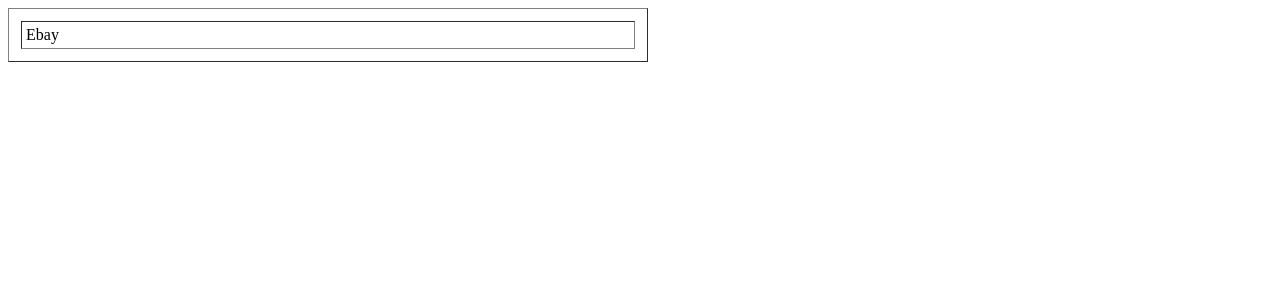
Repository: AnkurDevv/feed-dev-test
Page: index.html
The author's editor kept a copy of each file at every save. The page is drawn from the files as they stood at one save, then again after the next save.
The browser window is 1280 px wide. The pictures show the whole page.

Above is the page before, as saved 2020-03-27 19:27:33.

### index.html
<!DOCTYPE html>
<!--[if lt IE 7]>      <html class="no-js lt-ie9 lt-ie8 lt-ie7"> <![endif]-->
<!--[if IE 7]>         <html class="no-js lt-ie9 lt-ie8"> <![endif]-->
<!--[if IE 8]>         <html class="no-js lt-ie9"> <![endif]-->
<!--[if gt IE 8]><!-->
<html class="no-js">
<!--<![endif]-->

<head>
  <meta charset="utf-8">
  <meta http-equiv="X-UA-Compatible" content="IE=edge">
  <title></title>
  <meta name="description" content="">
  <meta name="viewport" content="width=device-width, initial-scale=1">
  <link rel="stylesheet" href="./style/index.css">
</head>

<body>
  <table border="0" cellpadding="0" cellspacing="0" height="100%" width="100%" id="bodyTable">
    <tr>
      <td>
        <table cellpadding="4" cellspacing="12" width="640" align="left" border="1" id="EmailHeader">
          <tr>
            <td valign="middle" id="tableHeading">Ebay</td>
          </tr>
        </table>
      </td>
    </tr>
  </table>

  <script src="" async defer></script>
</body>

</html>

### style/index.css
#tableHeading{

}

After the next save:
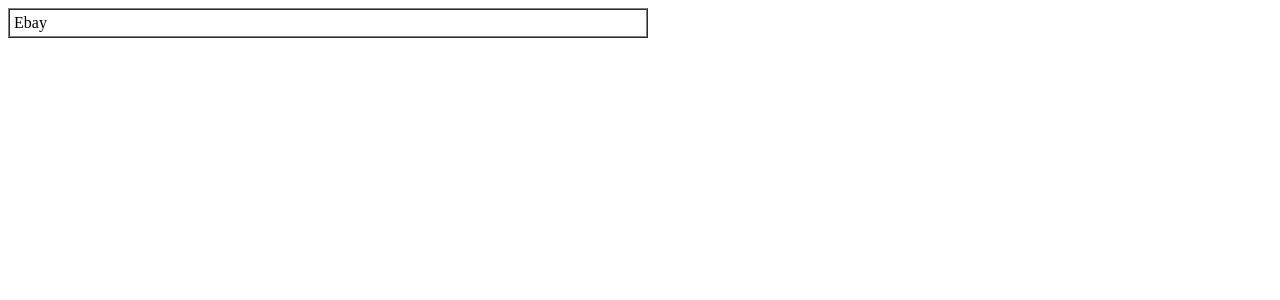
Saved 8 s later.
--- a/index.html
+++ b/index.html
@@ -19,7 +19,7 @@
   <table border="0" cellpadding="0" cellspacing="0" height="100%" width="100%" id="bodyTable">
     <tr>
       <td>
-        <table cellpadding="4" cellspacing="12" width="640" align="left" border="1" id="EmailHeader">
+        <table cellpadding="4" cellspacing="0" width="640" align="left" border="1" id="EmailHeader">
           <tr>
             <td valign="middle" id="tableHeading">Ebay</td>
           </tr>

After the save that followed:
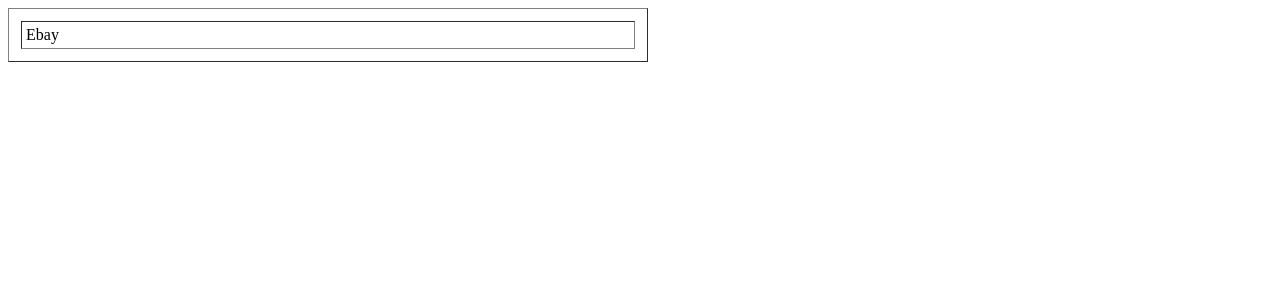
Saved 6 s later.
--- a/index.html
+++ b/index.html
@@ -19,7 +19,7 @@
   <table border="0" cellpadding="0" cellspacing="0" height="100%" width="100%" id="bodyTable">
     <tr>
       <td>
-        <table cellpadding="4" cellspacing="0" width="640" align="left" border="1" id="EmailHeader">
+        <table cellpadding="4" cellspacing="12" width="640" align="left" border="1" id="EmailHeader">
           <tr>
             <td valign="middle" id="tableHeading">Ebay</td>
           </tr>
